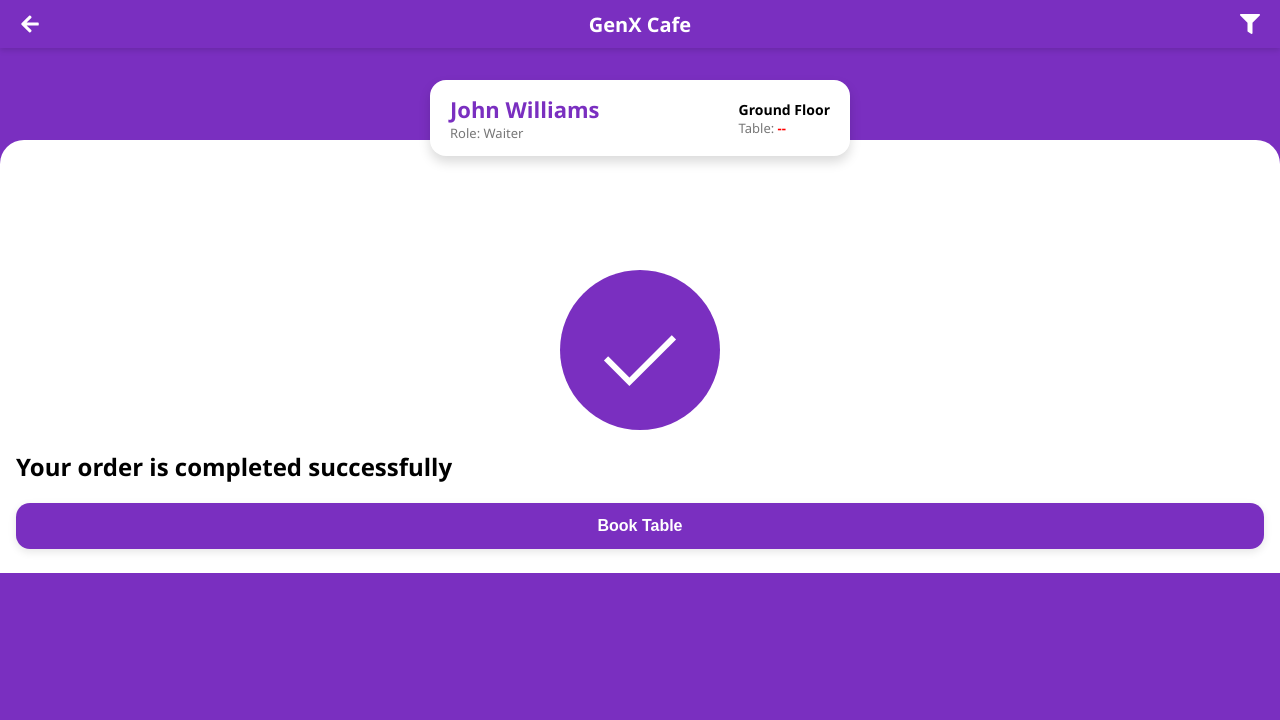
Repository: rajeshwaranslv/sturdy-spork-genx-frontend
Page: /success
An editor plug-in stored every save of this project. The page is shown before and after the next save, followed by the edit.
The browser window is 1280 px wide. The pictures show the whole page.
The project was rebuilt for these pictures with package versions that can differ from the ones it lists, and the page was loaded fresh each time. Also part of the build but not shown: src/components/TableSelection.js, src/components/menu.css, src/components/MenuSelection.js, src/components/order.css, src/components/OrderReview.js, src/components/Billing.js.

Above is the page before, as saved 2025-07-16 17:29:46.

After the next save:
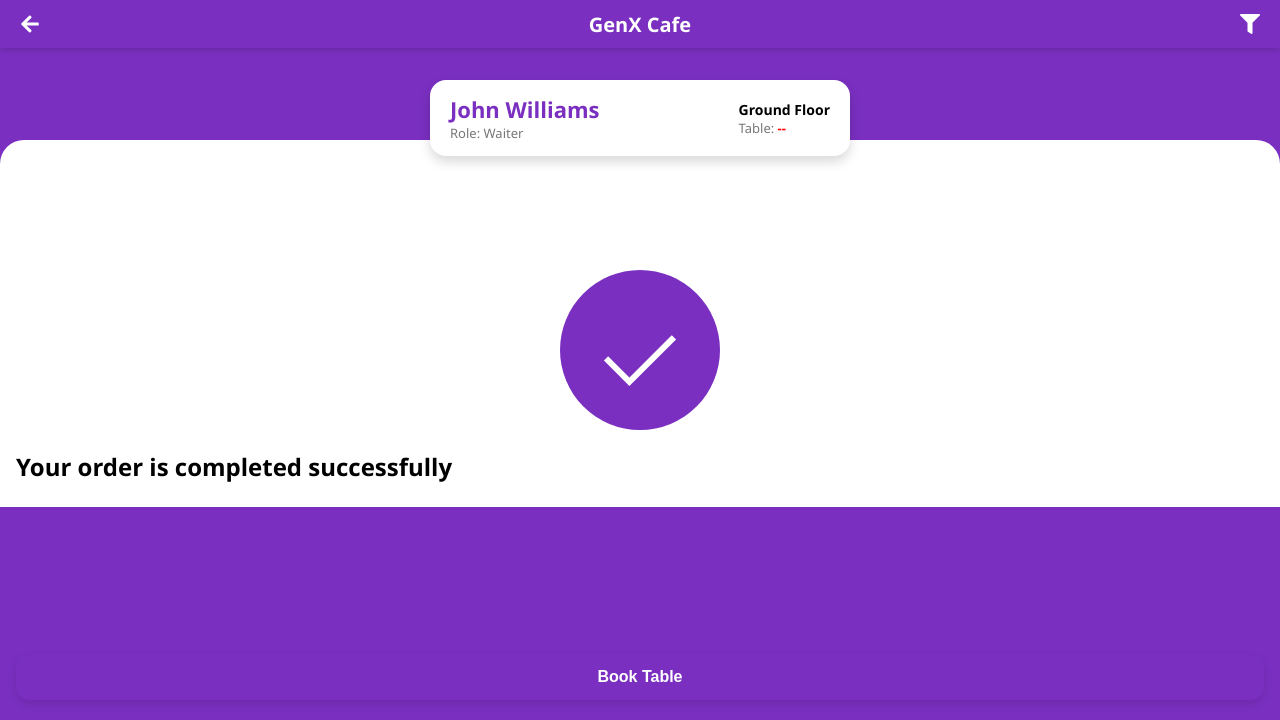
Saved 31 s later.
--- a/src/components/Success.js
+++ b/src/components/Success.js
@@ -31,7 +31,7 @@ function Success({ history, location }) {
         <FaFilter className="icon" />
       </div>
 
-      {/* ✅ Floating Waiter Card */}
+      {/* ✅ Waiter Card */}
       <div className="waiter-card">
         <div className="waiter-left">
           <strong className="waiter-name">{waiter.name}</strong>
@@ -45,16 +45,18 @@ function Success({ history, location }) {
         </div>
       </div>
 
-      {/* ✅ Main Body */}
+      {/* ✅ Success Body */}
       <div className="table-section">
         <div className="checkmark-circle">
           <div className="checkmark" />
         </div>
-        <h2>Your order is completed successfully</h2>
-        <button className="select-btn" onClick={() => history.push('/')}>
-          Book Table
-        </button>
+        <h2 className="success-text">Your order is completed successfully</h2>
       </div>
+
+      {/* ✅ Footer Button */}
+      <button className="footer-btn" onClick={() => history.push('/')}>
+        Book Table
+      </button>
     </div>
   );
 }
